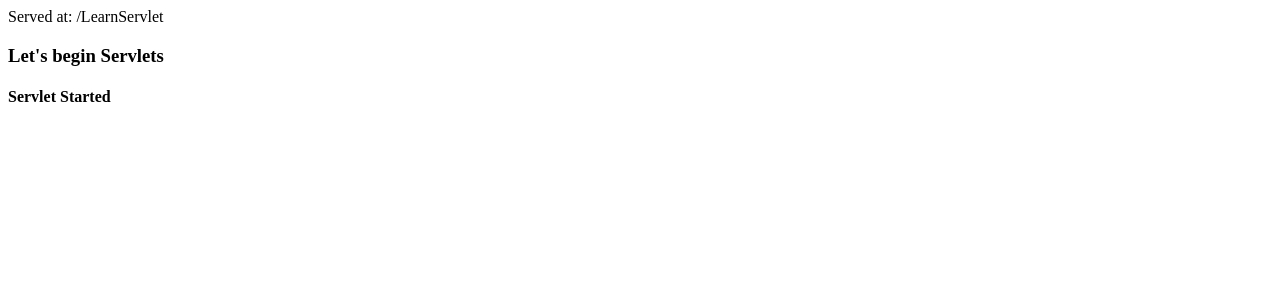
Repository: isaifahmad/PersonalEngineering
Page: http://localhost/LearnServlet/BeginServlet
An editor plug-in stored every save of this project. The page is shown before and after the next save, followed by the edit.
The browser window is 1280 px wide. The pictures show the whole page.
The page is served by Tomcat 9. Other server files are loaded and not shown.

Above is the page before, as saved 2019-11-06 09:22:52.

### java-apps/LearnServlet/src/com/sourcecode/servletlearning/BeginServlet.java
package com.sourcecode.servletlearning;

import java.io.IOException;
import java.io.PrintWriter;

import javax.servlet.ServletException;
import javax.servlet.annotation.WebServlet;
import javax.servlet.http.HttpServlet;
import javax.servlet.http.HttpServletRequest;
import javax.servlet.http.HttpServletResponse;

/**
 * Servlet implementation class BeginServlet
 */
@WebServlet("/BeginServlet")
public class BeginServlet extends HttpServlet {
	private static final long serialVersionUID = 1L;

    /**
     * @see HttpServlet#HttpServlet()
     */
    public BeginServlet() {
        super();
        // TODO Auto-generated constructor stub
    }

	/**
	 * @see HttpServlet#doGet(HttpServletRequest request, HttpServletResponse response)
	 */
	protected void doGet(HttpServletRequest request, HttpServletResponse response) throws ServletException, IOException {
		// TODO Auto-generated method stub
		response.getWriter().append("Served at: ").append(request.getContextPath());
		response.setContentType("text/html");
		PrintWriter printWriter = response.getWriter();
		printWriter.println("<h3>Let's begin Servlets</h3>");
		printWriter.println("<h4>Servlet Started</h4>");
	}

	/**
	 * @see HttpServlet#doPost(HttpServletRequest request, HttpServletResponse response)
	 */
	protected void doPost(HttpServletRequest request, HttpServletResponse response) throws ServletException, IOException {
		// TODO Auto-generated method stub
		doGet(request, response);
	}

}

After the next save:
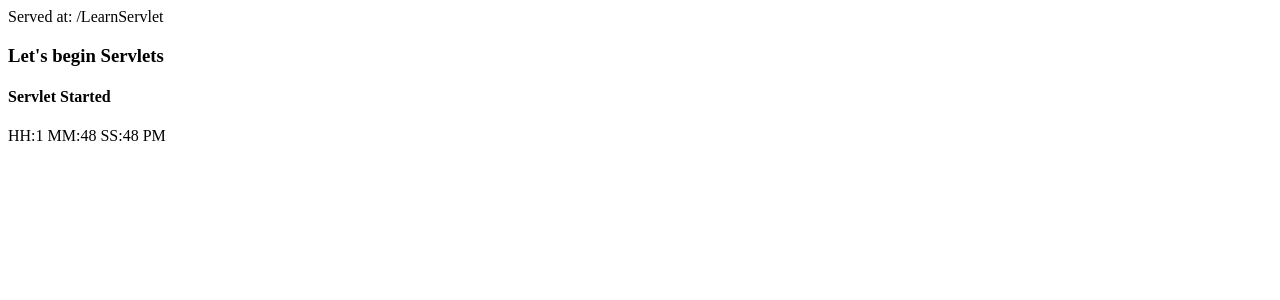
Saved 69 s later.
--- a/java-apps/LearnServlet/src/com/sourcecode/servletlearning/BeginServlet.java
+++ b/java-apps/LearnServlet/src/com/sourcecode/servletlearning/BeginServlet.java
@@ -2,6 +2,8 @@ package com.sourcecode.servletlearning;
 
 import java.io.IOException;
 import java.io.PrintWriter;
+import java.util.Calendar;
+import java.util.GregorianCalendar;
 
 import javax.servlet.ServletException;
 import javax.servlet.annotation.WebServlet;
@@ -34,6 +36,27 @@ public class BeginServlet extends HttpServlet {
 		PrintWriter printWriter = response.getWriter();
 		printWriter.println("<h3>Let's begin Servlets</h3>");
 		printWriter.println("<h4>Servlet Started</h4>");
+
+		// Set refresh, autoload time as 5 seconds
+	      response.setIntHeader("Refresh", 5);
+
+	      Calendar cal = new GregorianCalendar();
+
+	      int hour = cal.get(Calendar.HOUR);
+	      int min = cal.get(Calendar.MINUTE);
+	      int sec = cal.get(Calendar.MINUTE);
+
+	      String am_pm;
+
+	      if(cal.get(Calendar.AM_PM) == 0) {
+	    	  am_pm = "AM";
+	      }
+	      else {
+	    	  am_pm = "PM";
+	      }
+
+	      String thisTime = "HH:" + hour + " MM:" + min + " SS:" + sec + " " + am_pm;
+	      printWriter.println(thisTime);
 	}
 
 	/**
